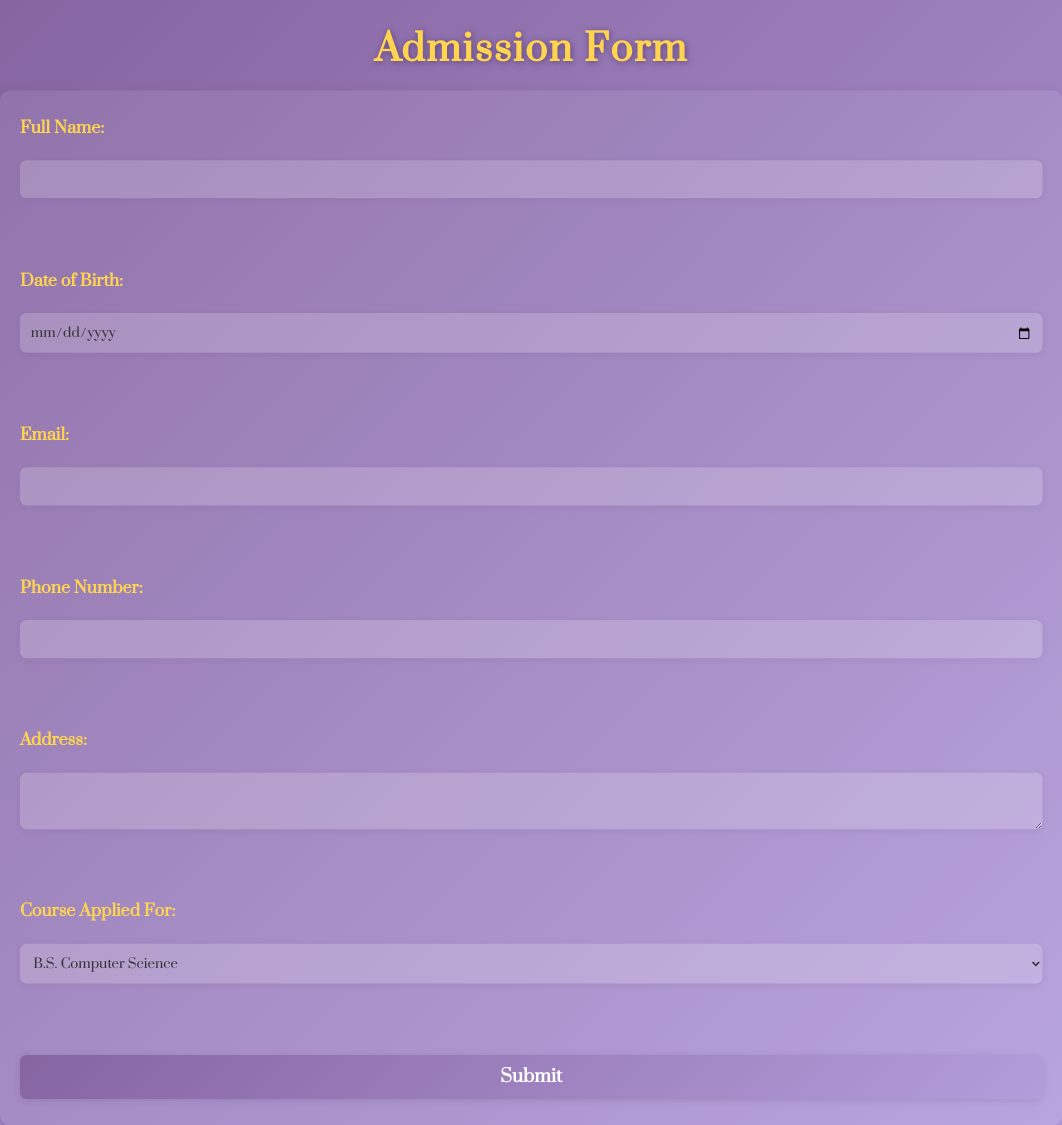
Repository: moinakhere/kelani_university
Page: admission.html
These files come from the project's save history. The page is drawn as it stood at one moment and after the next save; the edit follows.
The browser window is 1280 px wide. The pictures show the whole page, at 83% of full size.

Above is the page before, as saved 2025-08-04 21:20:22.

After the next save:
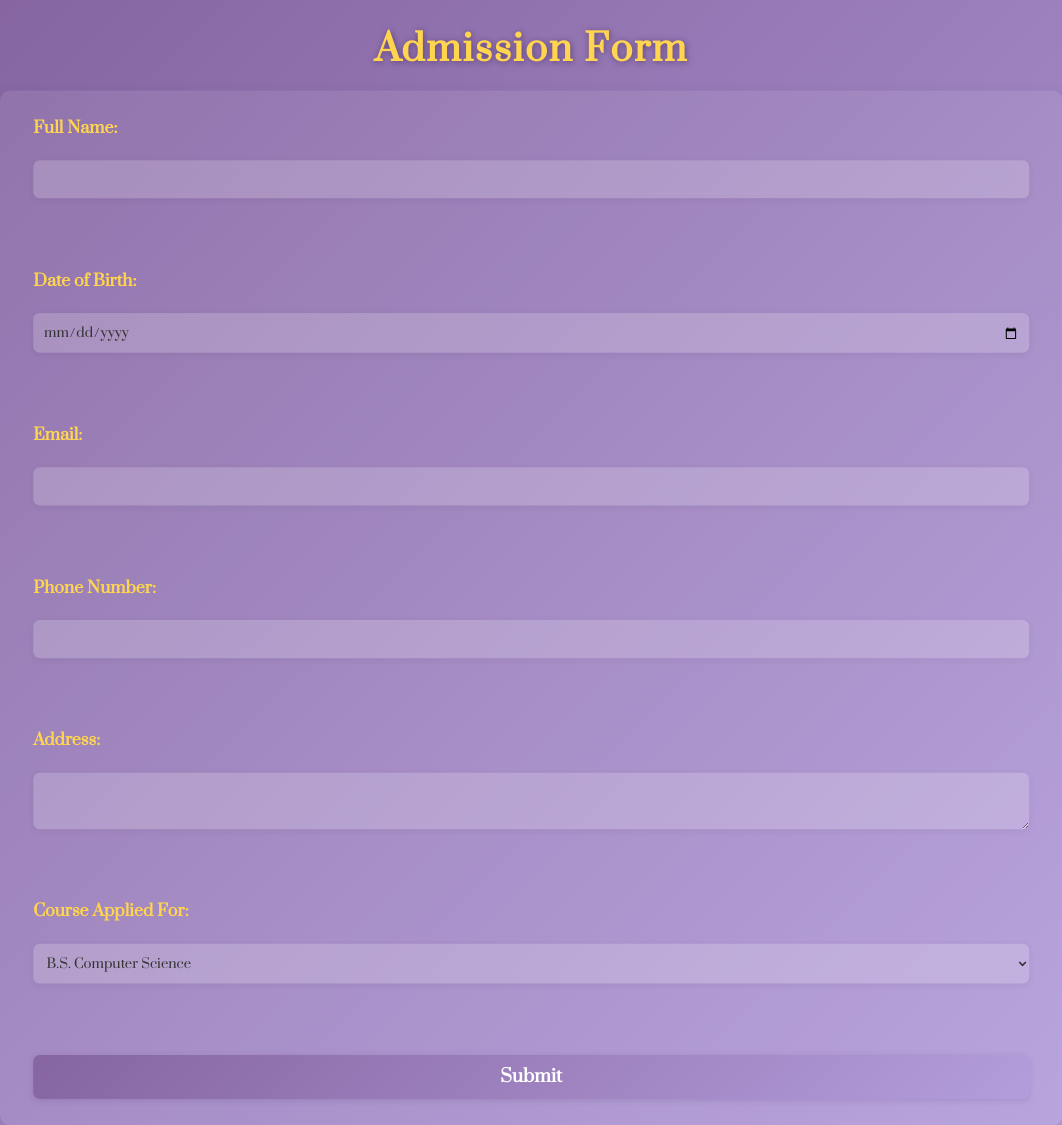
Saved 3 min 58 s later.
--- a/css/comppage.css
+++ b/css/comppage.css
@@ -63,7 +63,7 @@ Admission Form CSS
     flex-direction: column;
     gap: 20px;
     background: rgba(255,255,255,0.08);
-    padding: 32px 24px;
+    padding: 32px 40px; /* Increased left and right padding */
     border-radius: 12px;
     box-shadow: 0 4px 16px rgba(60, 40, 90, 0.12);
 }
